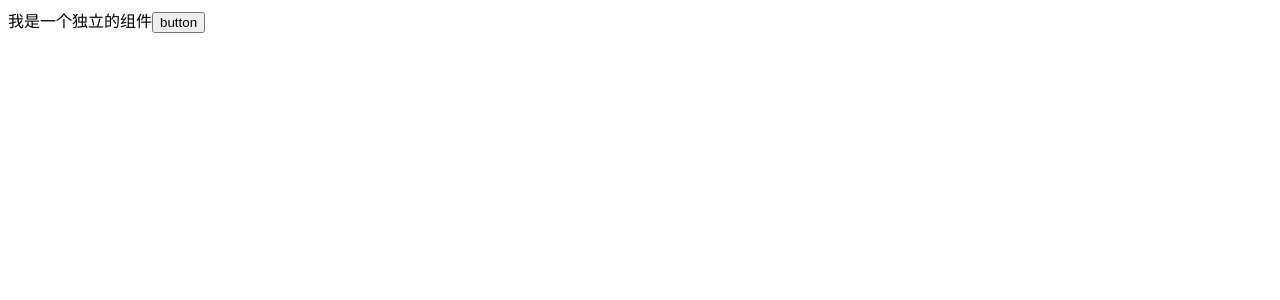
Repository: 404lcy/react-dome
Page: /
The author's editor kept a copy of each file at every save. The page is drawn from the files as they stood at one save, then again after the next save.
The browser window is 1280 px wide. The pictures show the whole page.
The project was rebuilt for these pictures with package versions that can differ from the ones it lists, and the page was loaded fresh each time.

Above is the page before, as saved 2023-02-06 22:44:38.

### src/index.js
import ReactDom from 'react-dom'
import Hello from './Hello.js'
import { App } from './button'
ReactDom.render(<>
    <Hello />
    <App></App>
</>, document.getElementById('root'))

### src/Hello.js
// import ReactDOM from "react-dom";
const Hello = () => {
    return <>
        我是一个独立的组件
    </>
}
export default Hello

### src/button.js
import React from "react";
class App extends React.Component {
    render() {
        return <button>button</button>
    }
}
export { App }

Loaded but not shown: public/index.html (common file)

After the next save:
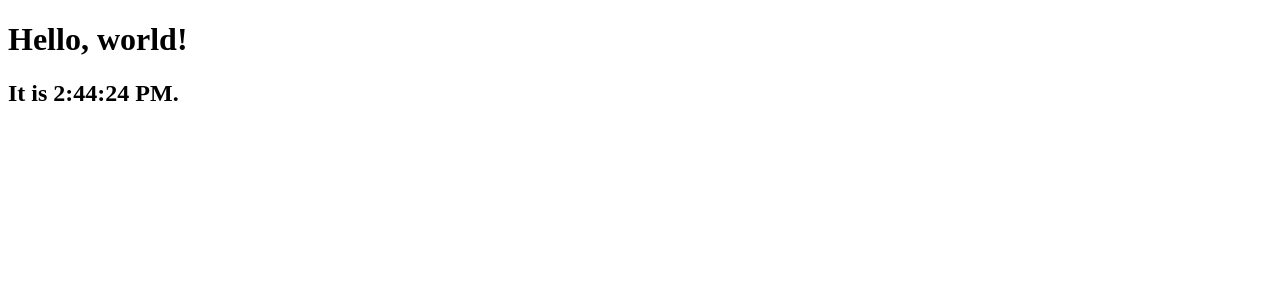
Saved 22 days later.
--- a/src/index.js
+++ b/src/index.js
@@ -1,7 +1,18 @@
-import ReactDom from 'react-dom'
-import Hello from './Hello.js'
-import { App } from './button'
-ReactDom.render(<>
-    <Hello />
-    <App></App>
-</>, document.getElementById('root'))
+import ReactDOM from 'react-dom'
+// import Hello from './Hello.js'
+// import { App } from './button'
+// ReactDom.render(<>
+//     <Hello />
+//     <App></App>
+// </>, document.getElementById('root'))
+function tick() {
+    const element = (
+        <div>
+            <h1>Hello, world!</h1>
+            <h2>It is {new Date().toLocaleTimeString()}.</h2>
+        </div>
+    );
+    ReactDOM.render(element, document.getElementById('root'));
+}
+
+setInterval(tick, 1000);
